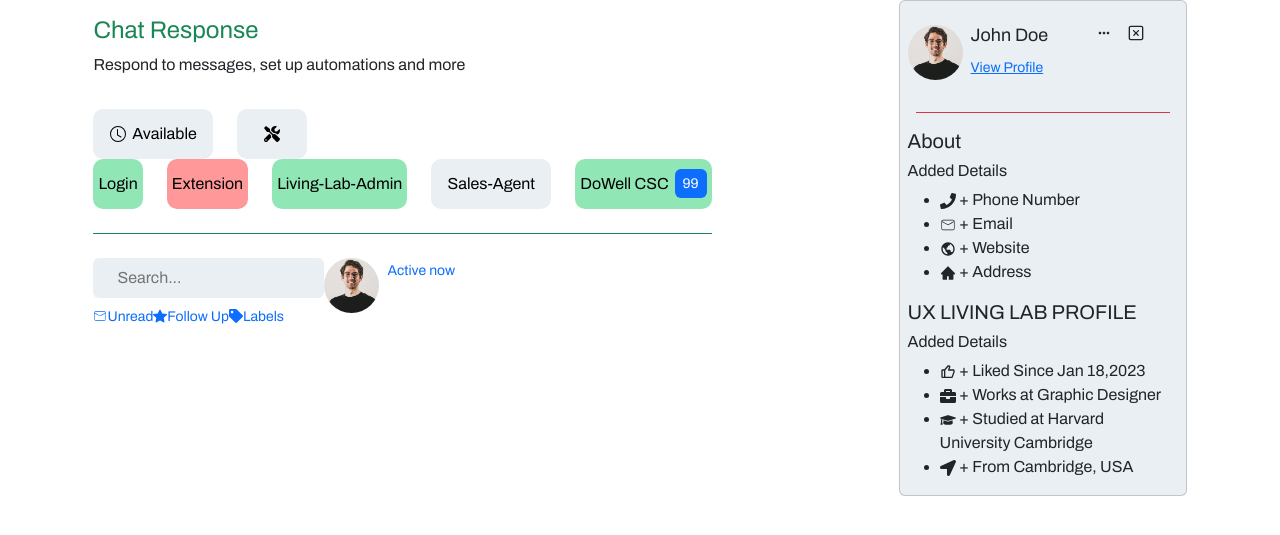
Repository: uh-sman/UX-Living-Lab-Chat
Page: /
An editor plug-in stored every save of this project. The page is shown before and after the next save, followed by the edit.
The browser window is 1280 px wide. The pictures show the whole page.
The project was rebuilt for these pictures with package versions that can differ from the ones it lists, and the page was loaded fresh each time.

Above is the page before, as saved 2023-05-10 16:52:11.

After the next save:
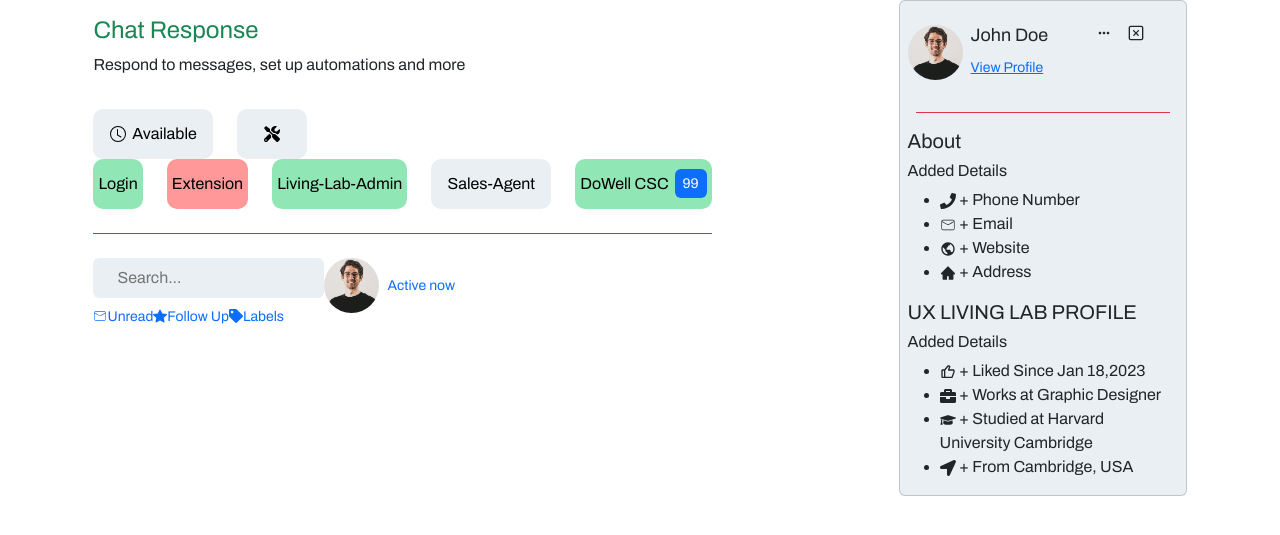
Saved 10 s later.
--- a/src/container/Chats/message/ProfileHead.jsx
+++ b/src/container/Chats/message/ProfileHead.jsx
@@ -5,7 +5,7 @@ const ProfileHead = () => {
   return (
     <div>
       <div className="d-flex">
-        <figure className="d-flex gap-2 items-center">
+        <figure className="d-flex gap-2 align-items-center">
           <img src={user} className=" image-style" />
           <div className="">
             {/* Status active now if true show active */}
